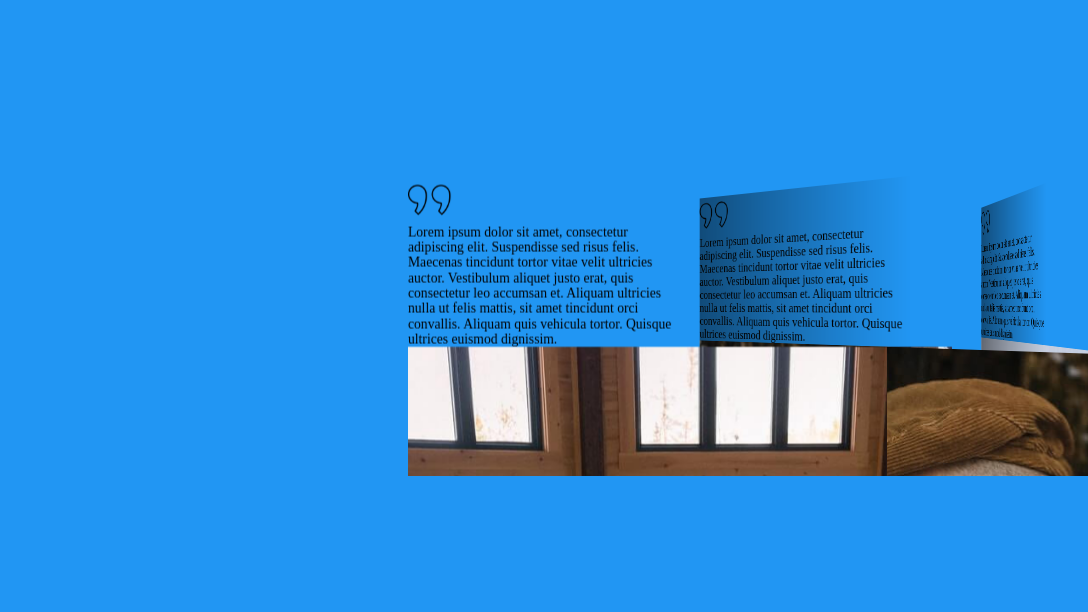
Repository: honghyunAhn/DailyFront
Page: Day210209_Responsive_Client_Testimonial_Section/index.html
These files come from the project's save history. The page is drawn as it stood at one moment and after the next save; the edit follows.
The browser window is 1280 px wide. The pictures show the whole page, at 85% of full size.

Above is the page before, as saved 2021-02-10 22:13:25.

After the next save:
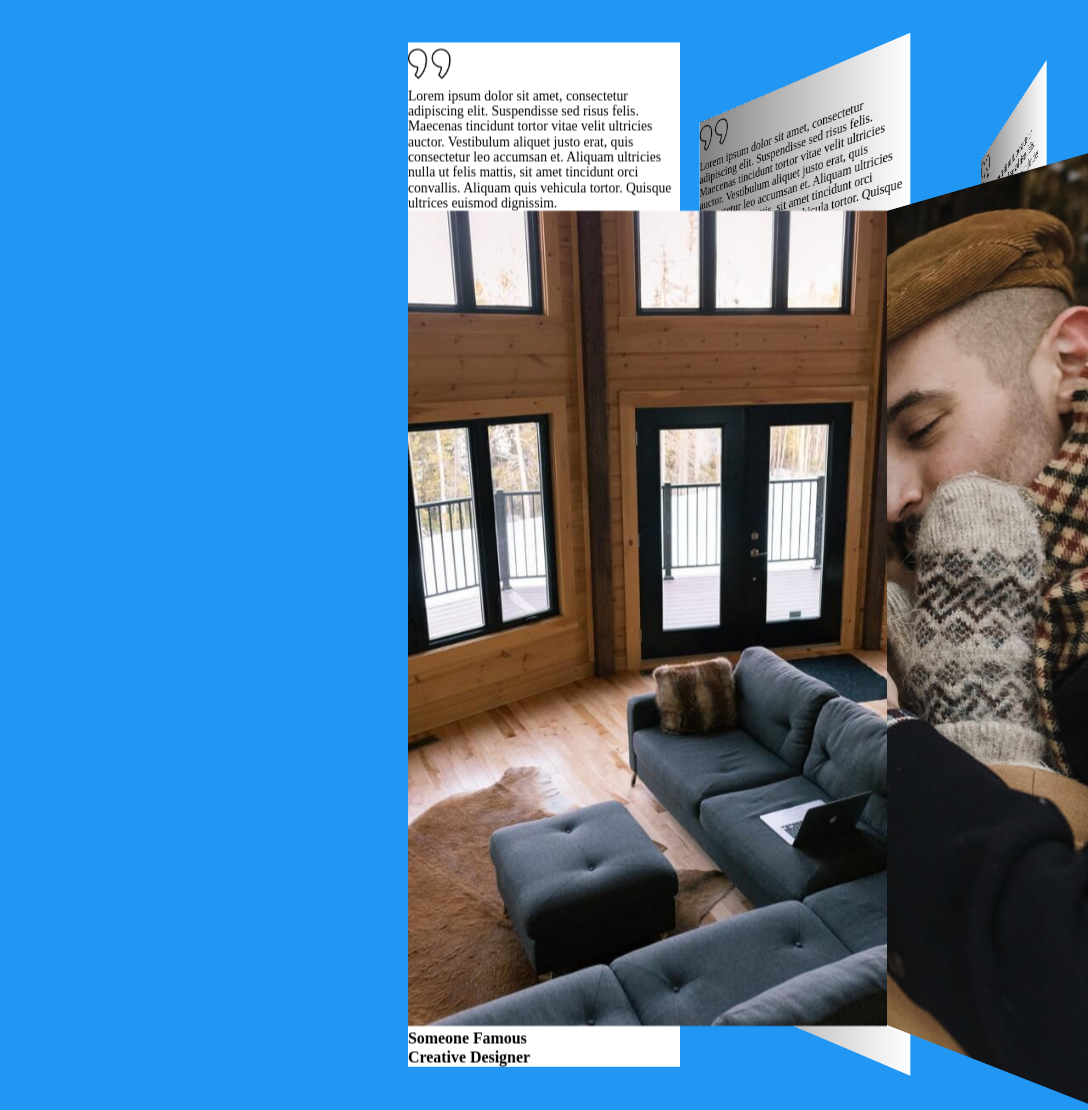
Saved 12 s later.
--- a/Day210209_Responsive_Client_Testimonial_Section/style.css
+++ b/Day210209_Responsive_Client_Testimonial_Section/style.css
@@ -24,5 +24,5 @@ section {
   background-position: center;
   background-size: cover;
   width: 320px;
-  height: 300px;
+  background: #fff;
 }
